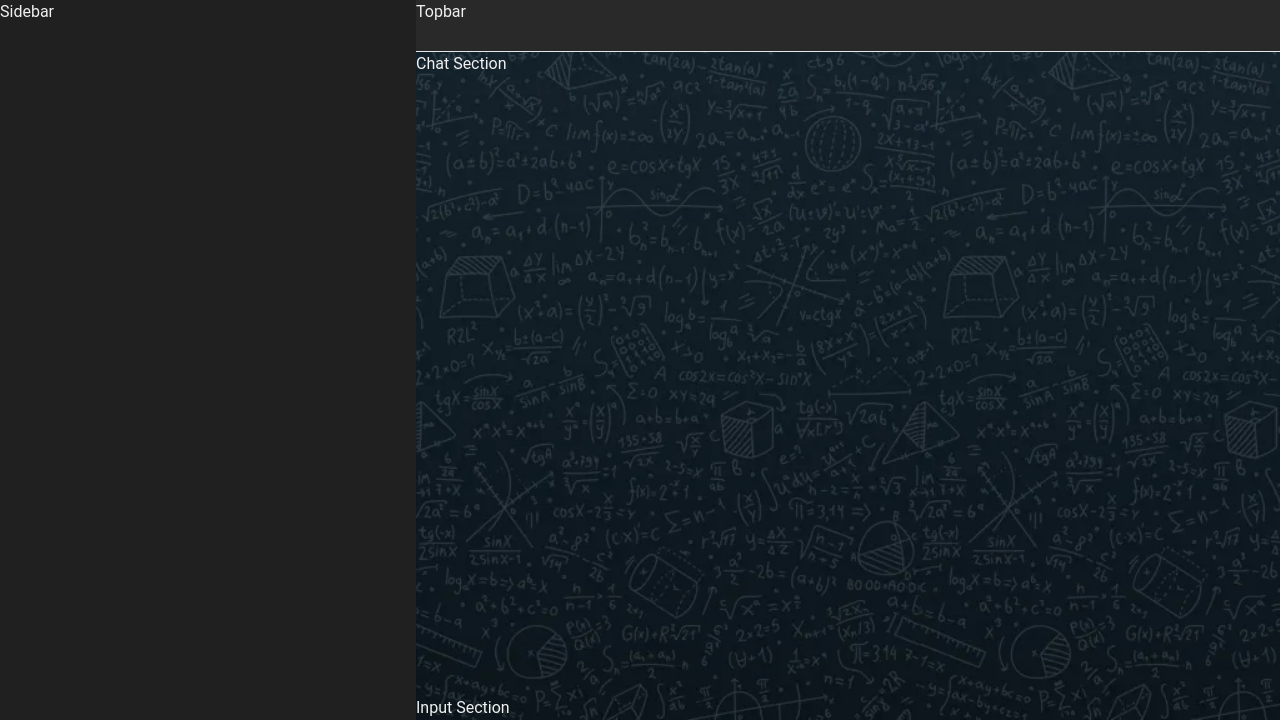
Repository: Qu4ntumGuy/telegram-clone
Page: /
These files come from the project's save history. The page is drawn as it stood at one moment and after the next save; the edit follows.
The browser window is 1280 px wide. The pictures show the whole page.
The project was rebuilt for these pictures with package versions that can differ from the ones it lists, and the page was loaded fresh each time. Also part of the build but not shown: src/Utils/ContextProvider.js.

Above is the page before, as saved 2024-07-15 11:41:14.

After the next save:
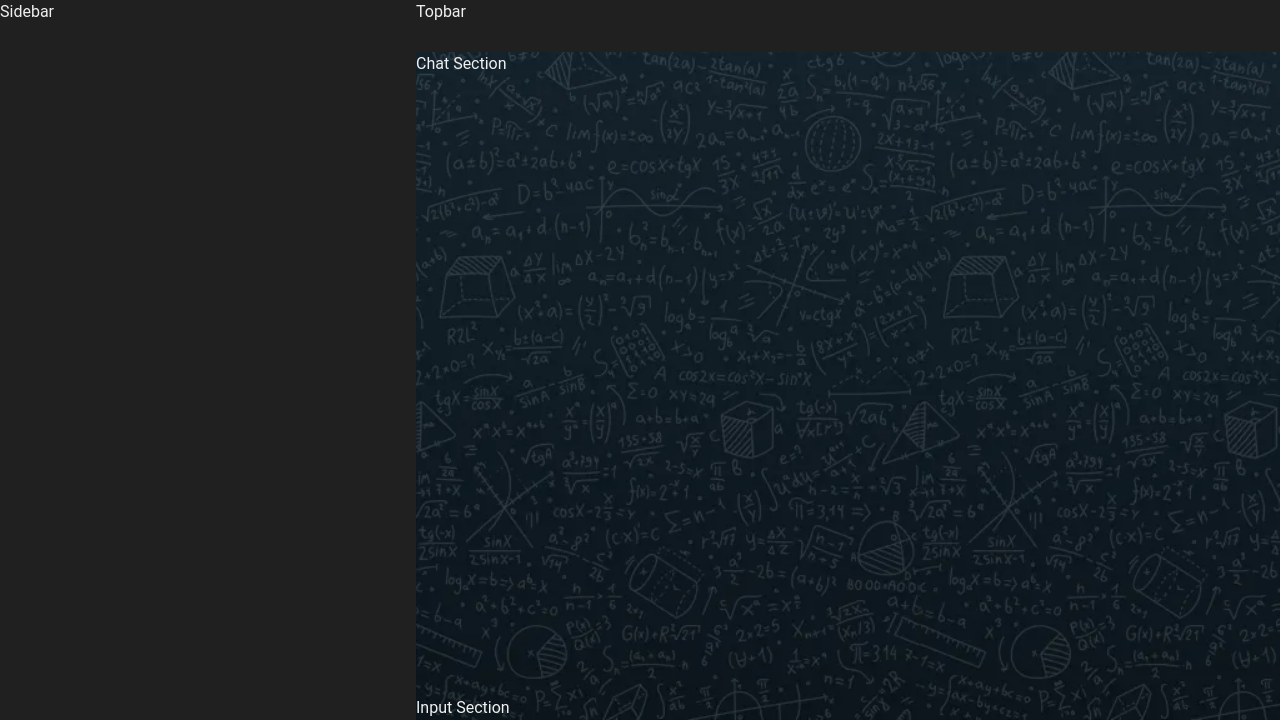
Saved 18 s later.
--- a/src/Pages/Home/Home.js
+++ b/src/Pages/Home/Home.js
@@ -17,7 +17,7 @@ function Home() {
       className="flex flex-col justify-center bg-cover h-screen w-full "
       style={{ backgroundImage: `url(${backgroundImage})` }}
     >
-      <div className="top-0 mb-auto h-14 border-b  bg-[#292929]">Topbar</div>
+      <div className="top-0 mb-auto h-14  bg-[#202020]">Topbar</div>
       <div className="flex flex-col h-full">
         <div className="top-0">Chat Section</div>
         <div className="bottom-0 mt-auto">Input Section</div>
